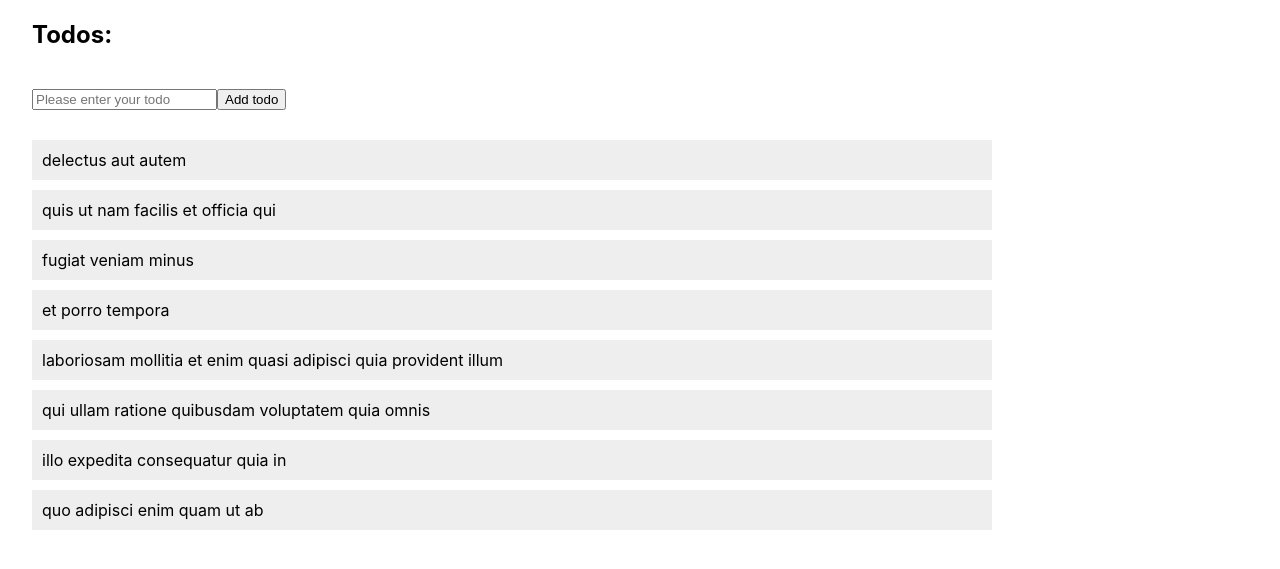
Repository: vhoreho/react
Page: / (app in myapp/)
The author's editor kept a copy of each file at every save. The page is drawn from the files as they stood at one save, then again after the next save.
The browser window is 1280 px wide. The pictures show the whole page.
The project was rebuilt for these pictures with package versions that can differ from the ones it lists, and the page was loaded fresh each time.

Above is the page before, as saved 2022-08-08 21:43:44.

### myapp/src/App.js
import './App.css';
import Todos from './components/Todos';

function App() {
  return (
    <div className="App">
      <Todos />
    </div>
  );
}

export default App;

### myapp/src/App.css
.App {
  max-width: 960px;
  margin-inline: 2rem;
}

### myapp/src/components/Todos.js
import React, { useState } from 'react'
import { todos as initialState } from '../data'
import TodoItem from './TodoItem';
import Input from './Input';

export default function Todos() {
    const [todos, setTodos] = useState(initialState);

    function addTodo(todo) {
        setTodos(todos.push(todo));
        console.log(todos);
    }

    return (
        <div>
            <h2>Todos:</h2>
            <Input addTodo={addTodo} />
            <ul style={{
                listStyle: 'none',
                padding: 0,
                margin: 0
            }}>
                {todos.map(todo => <TodoItem key={todo.id} {...todo} />)}
            </ul>
        </div>
    )
}

### myapp/src/data/index.js
export const todos = [
  {
    "userId": 1,
    "id": 1,
    "title": "delectus aut autem",
    "completed": false
  },
  {
    "userId": 1,
    "id": 2,
    "title": "quis ut nam facilis et officia qui",
    "completed": false
  },
  {
    "userId": 1,
    "id": 3,
    "title": "fugiat veniam minus",
    "completed": false
  },
  {
    "userId": 1,
    "id": 4,
    "title": "et porro tempora",
    "completed": true
  },
  {
    "userId": 1,
    "id": 5,
    "title": "laboriosam mollitia et enim quasi adipisci quia provident illum",
    "completed": false
  },
  {
    "userId": 1,
    "id": 6,
    "title": "qui ullam ratione quibusdam voluptatem quia omnis",
    "completed": false
  },
  {
    "userId": 1,
    "id": 7,
    "title": "illo expedita consequatur quia in",
    "completed": false
  },
  {
    "userId": 1,
    "id": 8,
    "title": "quo adipisci enim quam ut ab",
    "completed": true
  }
]

### myapp/src/components/TodoItem.js
import React from 'react'

export default function TodoItem(props) {
    const { id, copmpleted, title } = props;
    return (
        <li style={{
            background: '#eee',
            display: 'block',
            margin: '10px 0',
            padding: '10px'
        }}>
            {title}
        </li>
    )
}

### myapp/src/components/Input.js
import React, { useState } from 'react'

export default function Input({ addTodo }) {
  const [value, setValue] = useState('');
  function handleChange(event) {
    setValue(event.target.value)
  }

  function handleAddTodo() {
    addTodo(value)
  }

  return (
    <div>
      <input
        placeholder='Please enter your todo'
        style={{
          margin: '20px 0'
        }}
        value={value}
        onChange={handleChange}
      />
      <button onClick={handleAddTodo}>Add todo</button>
    </div>

  )
}

Loaded but not shown: myapp/public/index.html (common file); myapp/src/index.js (common file); myapp/src/index.css (common file)

After the next save:
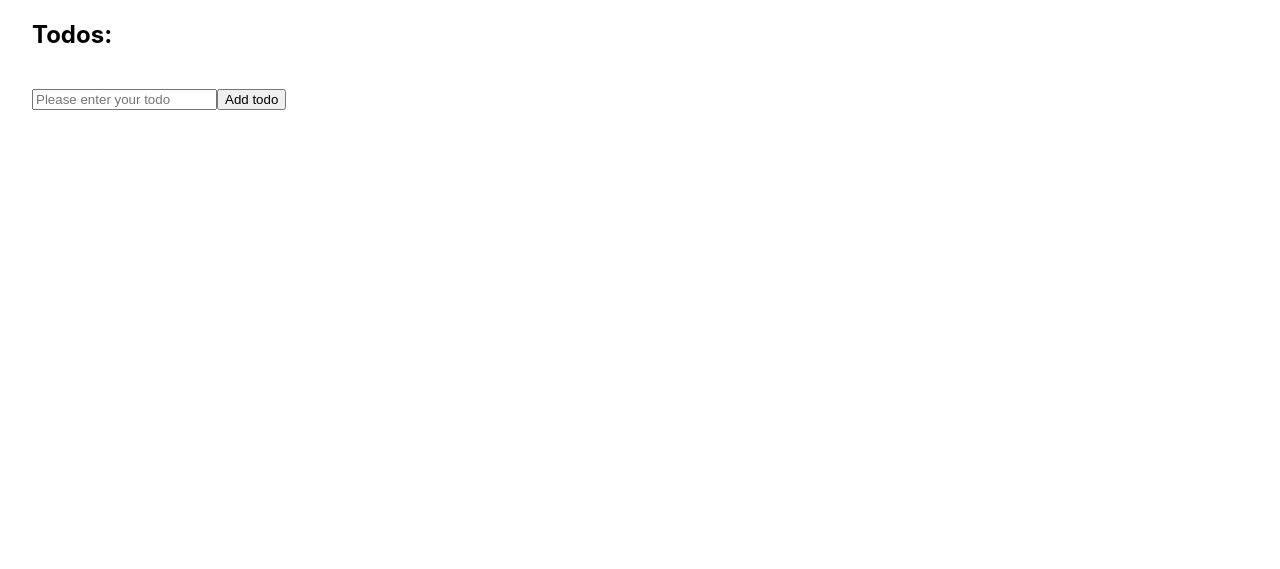
Saved 11 s later.
--- a/myapp/src/components/Todos.js
+++ b/myapp/src/components/Todos.js
@@ -15,13 +15,13 @@
         <div>
             <h2>Todos:</h2>
             <Input addTodo={addTodo} />
-            <ul style={{
+            {/* <ul style={{
                 listStyle: 'none',
                 padding: 0,
                 margin: 0
             }}>
                 {todos.map(todo => <TodoItem key={todo.id} {...todo} />)}
-            </ul>
+            </ul> */}
         </div>
     )
 }

After the 5 saves that followed:
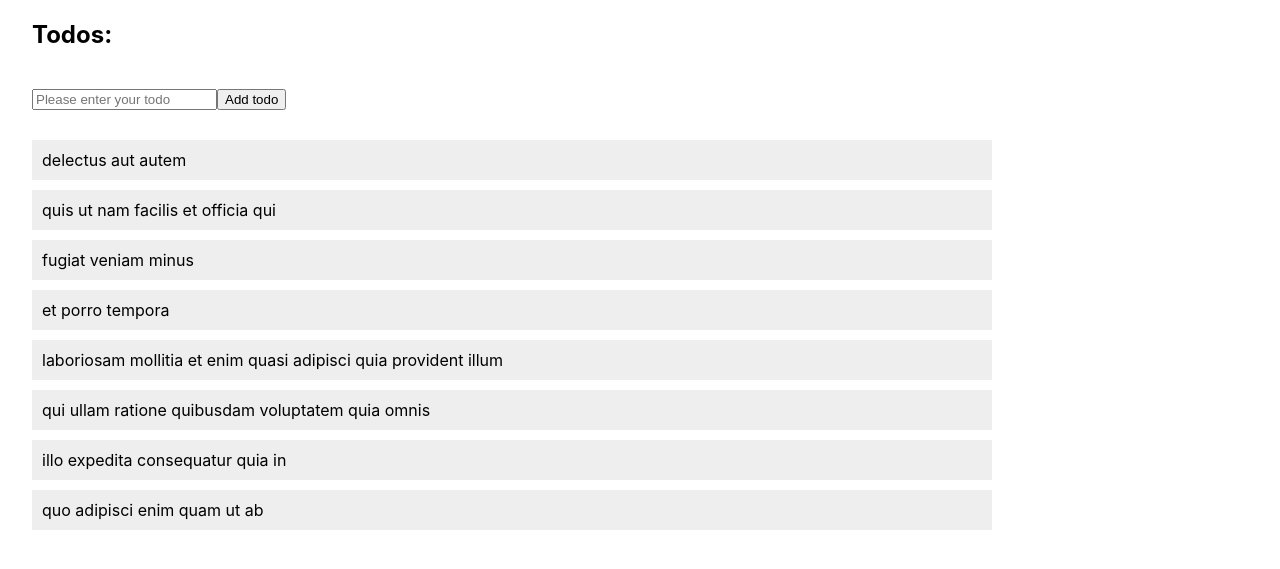
The 5 saves are shown as one change because 4 left the picture as it was.
The last was saved 2 min 41 s later.
--- a/myapp/src/components/Todos.js
+++ b/myapp/src/components/Todos.js
@@ -7,7 +7,11 @@
     const [todos, setTodos] = useState(initialState);
 
     function addTodo(todo) {
-        setTodos(todos.push(todo));
+        setTodos(todos.push({
+            id: Math.floor(Math.random() * 200),
+            title: todo,
+            completed: false
+        }));
         console.log(todos);
     }
 
@@ -15,13 +19,13 @@
         <div>
             <h2>Todos:</h2>
             <Input addTodo={addTodo} />
-            {/* <ul style={{
+            <ul style={{
                 listStyle: 'none',
                 padding: 0,
                 margin: 0
             }}>
                 {todos.map(todo => <TodoItem key={todo.id} {...todo} />)}
-            </ul> */}
+            </ul>
         </div>
     )
 }
